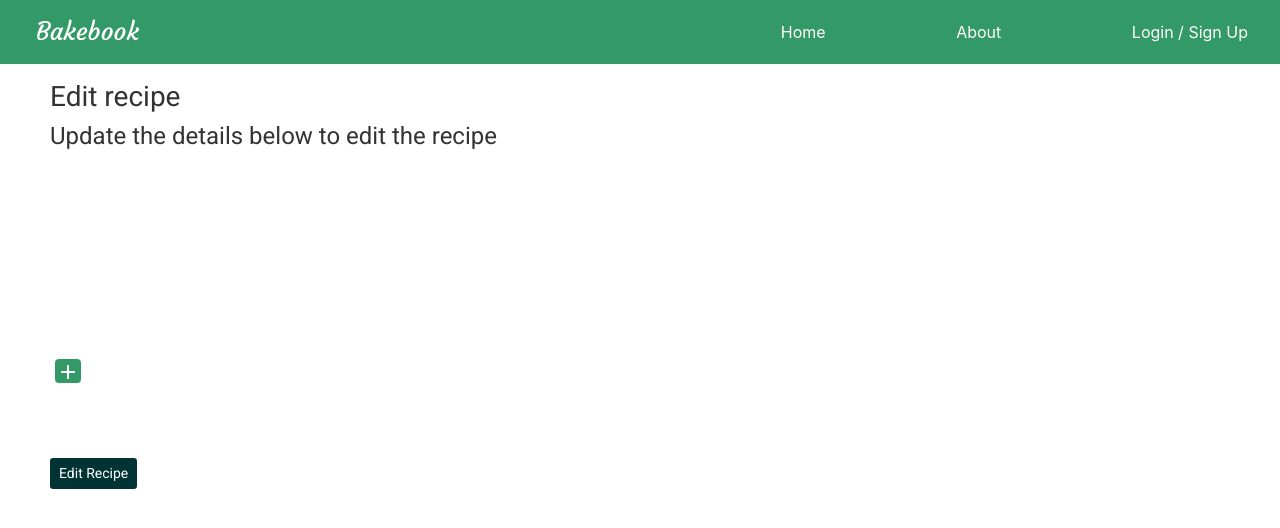
Repository: kmaaallen/bake_book
Page: templates/editrecipe.html
The author's editor kept a record of every edit. The page is drawn from the files as they stood at one moment, then again after the next edit.
The browser window is 1280 px wide. The pictures show the whole page.
Some web libraries are served in a nearby version. The template is drawn by Flask 3. The application's start-up code is not run. The template is opened directly, without the code that normally fills it, so the values that code supplies are empty.

Above is the page before.

After the next edit:
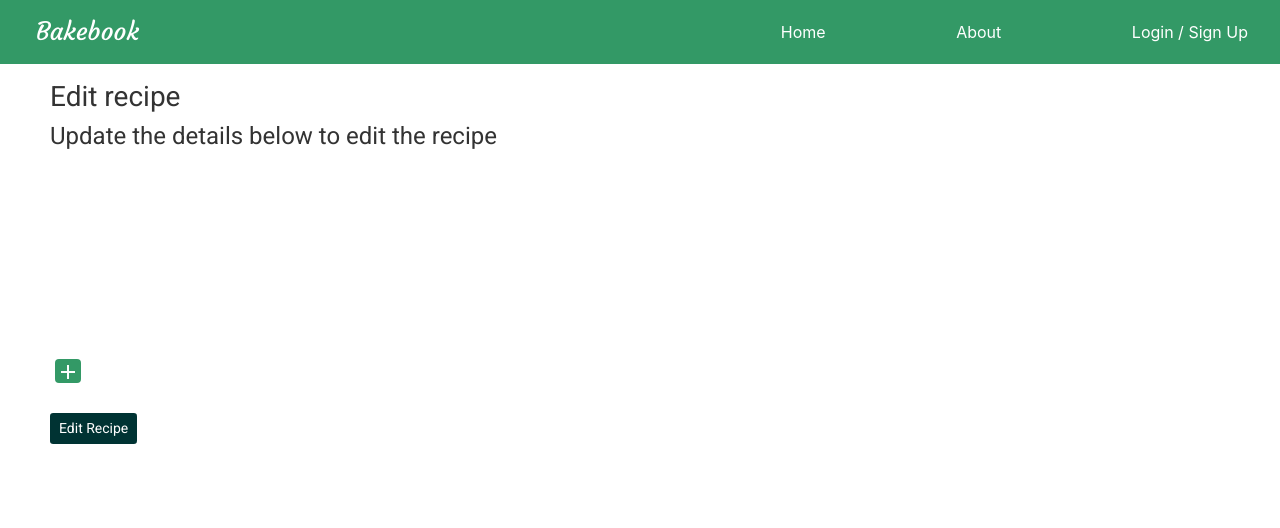
The edit:
--- a/templates/editrecipe.html
+++ b/templates/editrecipe.html
@@ -43,7 +43,6 @@
             {% endfor %}
         </div>
         {{ form.method.label }}
-        <a class="btn" id="addNewStep"><i class="material-icons">add</i></a>
         <div id="method" class="input-div-width">
             {% for step in form.method.data %}
             <div><textarea class='method' name='method'>{{step}}</textarea></div>
